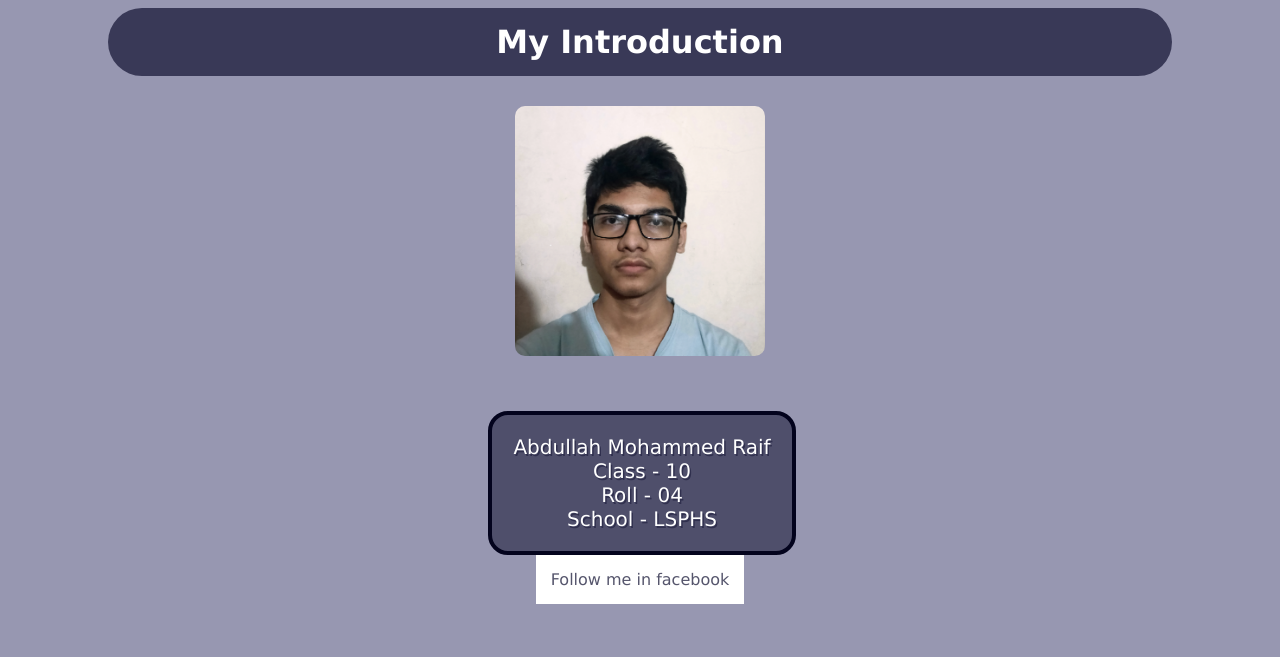
Repository: Raif-007/Portfolio
Page: index.html
An editor plug-in stored every save of this project. The page is shown before and after the next save, followed by the edit.
The browser window is 1280 px wide. The pictures show the whole page.

Above is the page before, as saved 2021-07-05 17:34:03.

### index.html
<!DOCTYPE html>
<html lang="en">

<head>
    <meta charset="UTF-8">
    <meta http-equiv="X-UA-Compatible" content="IE=edge">
    <meta name="viewport" content="width=device-width, initial-scale=1.0">
    <title>Portfolio</title>
    <link rel="stylesheet" href="styles.css">
</head>

<body>

    <h1>
        My Introduction
    </h1>

    <img id="i01" src="final pic.jpg" alt="raif">


    <div>

        <p>
            Abdullah Mohammed Raif
            <br> Class - 10
            <br> Roll - 04
            <br> School - LSPHS

        </p>


    </div>


    <a href="https://www.facebook.com/raif.chy.58">Follow me in facebook</a>

</body>

</html>

### styles.css
            body {
                background-color: rgba(54, 54, 105, 0.514);
                color: #ffffff;
                font-family: Verdana, Geneva, Tahoma, sans-serif;
                text-align: center;
            }

            h1 {
                background-color: rgba(25, 25, 56, 0.74);
                padding: 15px;
                margin: 0px 100px;
                border-radius: 50px;
            }

            #i01 {
                width: 250px;
                height: 250px;
                margin-top: 30px;
                border-radius: 10px;
                margin-bottom: 1px;
            }

            div {
                font-size: 20px;
                border: 4px solid rgb(3, 3, 29);
                width: 300px;
                margin-left: 480px;
                margin-top: 50px;
                background-color: rgba(25, 25, 56, 0.568);
                border-radius: 20px;
                text-shadow: 1.5px 1.5px rgba(25, 25, 56, 0.568);
                margin-bottom: 15px;
            }

            a:link {
                background-color: #ffffff;
                color: rgba(25, 25, 56, 0.74);
                text-decoration: none;
                padding: 15px;
            }

            a:hover {}

            a:visited {}

            a:active {}

After the next save:
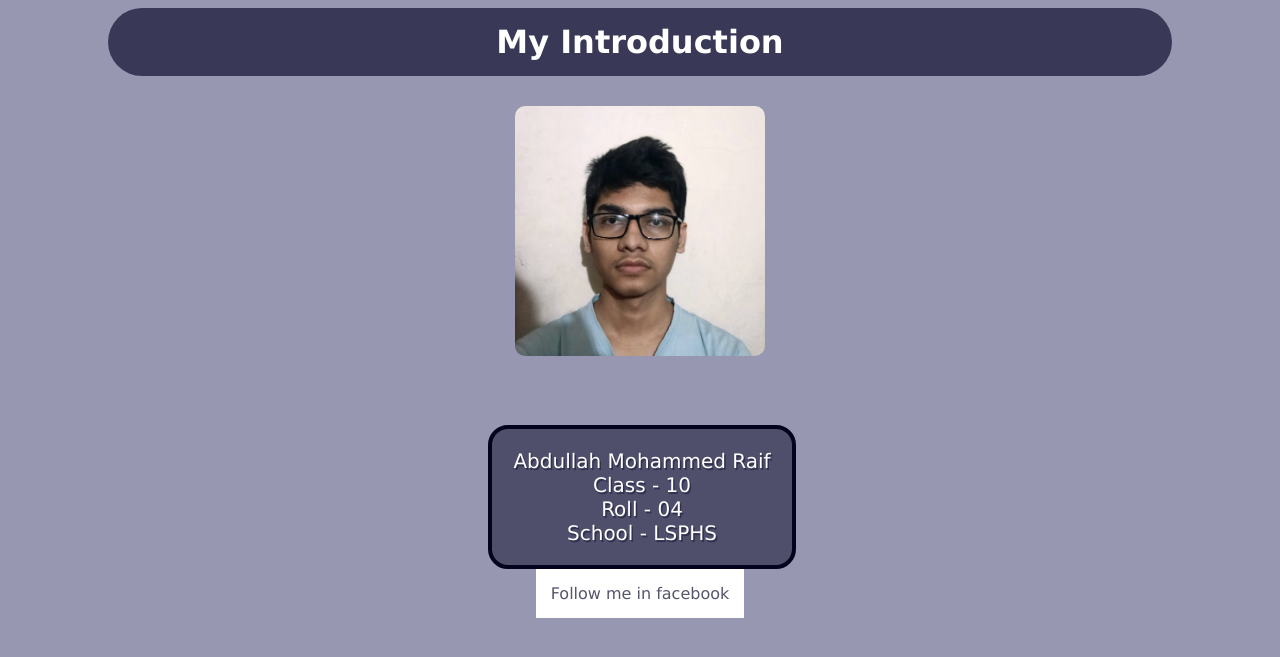
Saved 22 s later.
--- a/styles.css
+++ b/styles.css
@@ -12,14 +12,6 @@
                 border-radius: 50px;
             }
 
-            #i01 {
-                width: 250px;
-                height: 250px;
-                margin-top: 30px;
-                border-radius: 10px;
-                margin-bottom: 1px;
-            }
-
             div {
                 font-size: 20px;
                 border: 4px solid rgb(3, 3, 29);
@@ -29,6 +21,14 @@
                 background-color: rgba(25, 25, 56, 0.568);
                 border-radius: 20px;
                 text-shadow: 1.5px 1.5px rgba(25, 25, 56, 0.568);
+                margin-bottom: 15px;
+            }
+
+            #i01 {
+                width: 250px;
+                height: 250px;
+                margin-top: 30px;
+                border-radius: 10px;
                 margin-bottom: 15px;
             }
 
